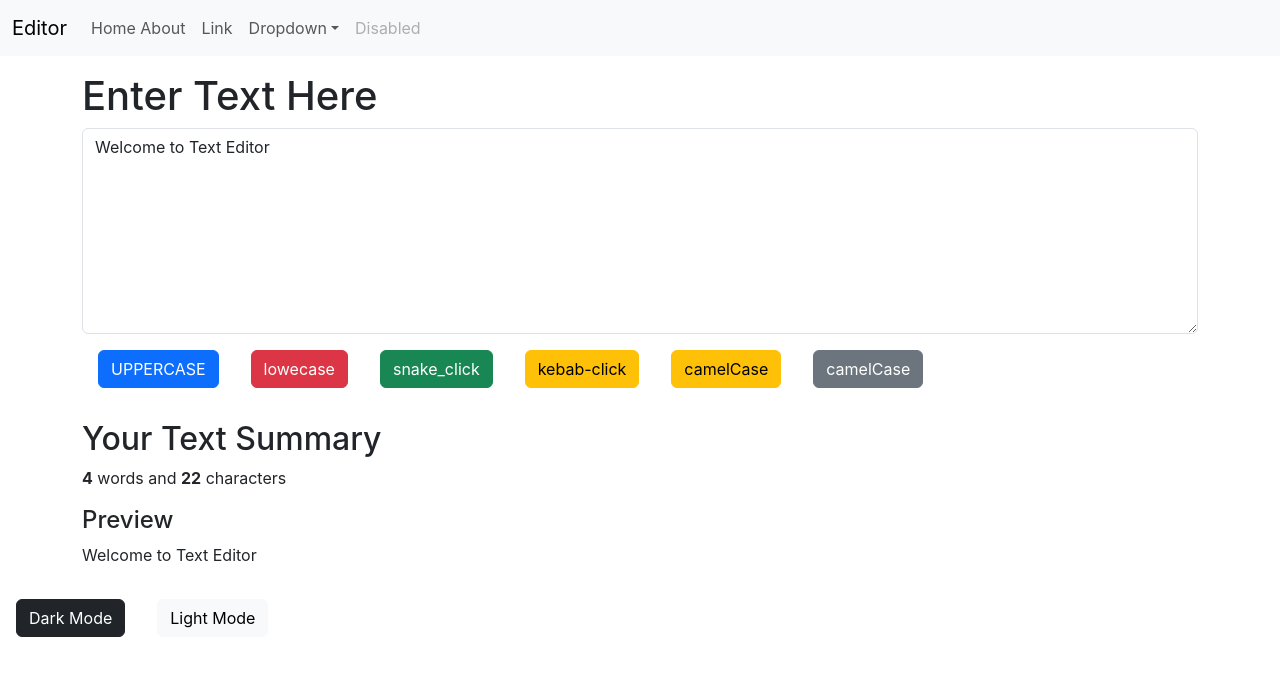
Repository: Shubham-tawar/Text-editor
Page: /
The author's editor kept a copy of each file at every save. The page is drawn from the files as they stood at one save, then again after the next save.
The browser window is 1280 px wide. The pictures show the whole page.
The project was rebuilt for these pictures with package versions that can differ from the ones it lists, and the page was loaded fresh each time. Also part of the build but not shown: src/App.css.

Above is the page before, as saved 2025-07-07 20:59:58.

After the next save:
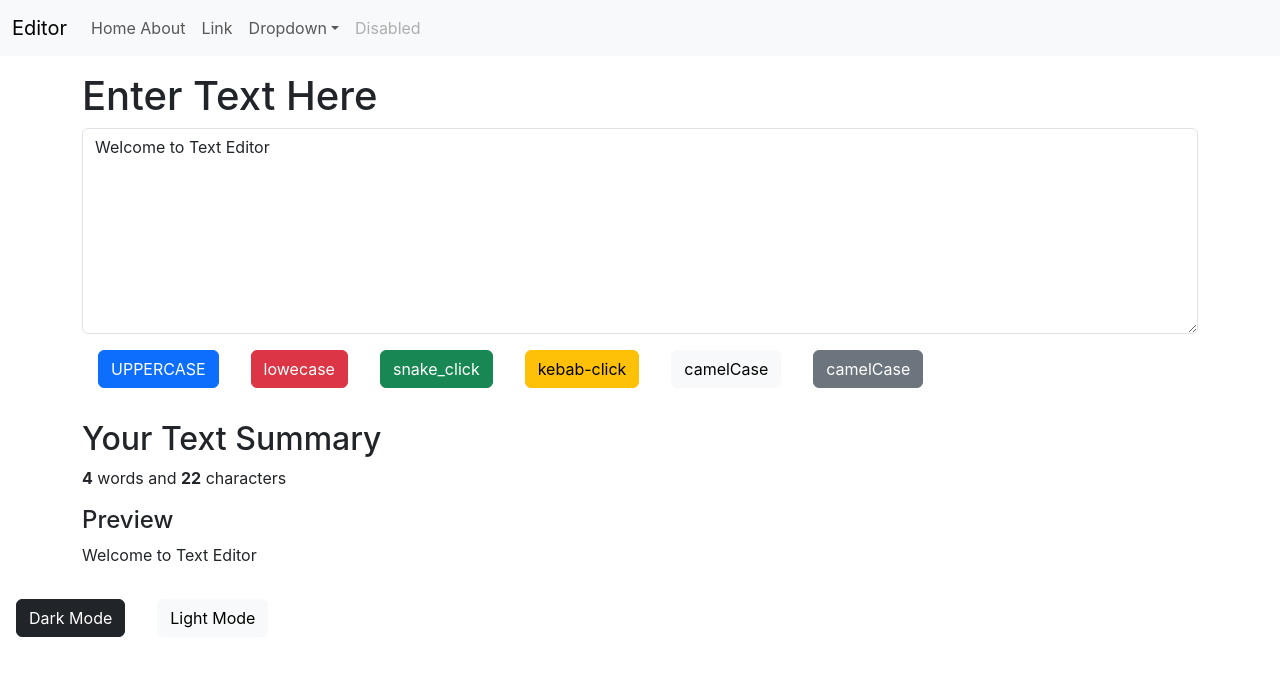
Saved 7 s later.
--- a/src/components/Textform.js
+++ b/src/components/Textform.js
@@ -64,7 +64,7 @@ export default function Textform(props) {
             <button type='button' className="btn btn-danger m-3" onClick={handleLowClick}>lowecase</button>
             <button type='button' className="btn btn-success m-3" onClick={handleSnakeClick}>snake_click</button>
             <button type='button' className="btn btn-warning m-3" onClick={handleKebabClick}>kebab-click</button>
-            <button type='button' className="btn btn-warning m-3" onClick={handleCamelClick}>camelCase</button>
+            <button type='button' className="btn btn-light m-3" onClick={handleCamelClick}>camelCase</button>
             <button type='button' className="btn btn-secondary m-3" onClick={handleCamelClick}>camelCase</button>
         </form>
         <div className="container">
